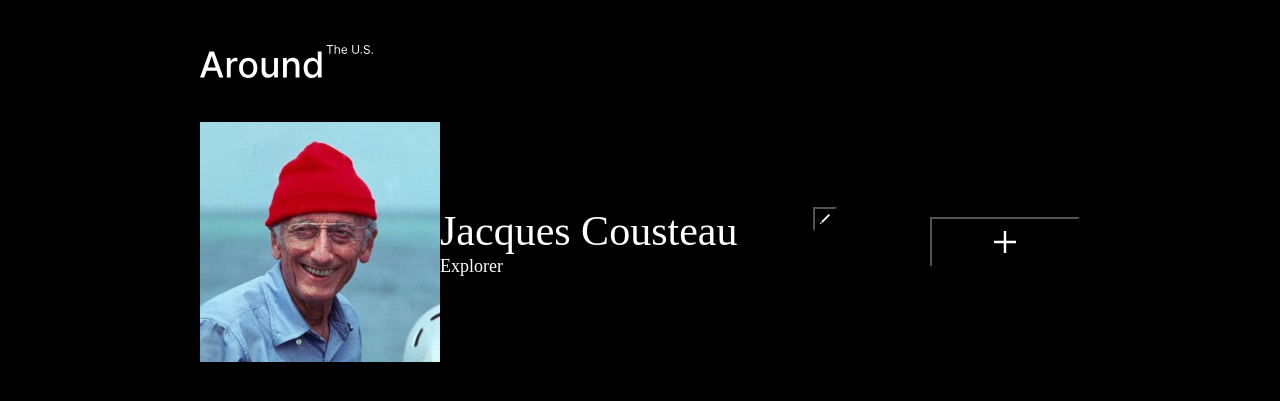
Repository: al-XLeMEsTRE/Around-The-U.S
Page: index.html
These files come from the project's save history. The page is drawn as it stood at one moment and after the next save; the edit follows.
The browser window is 1280 px wide. The pictures show the whole page.

Above is the page before, as saved 2023-12-12 15:45:04.

After the next save:
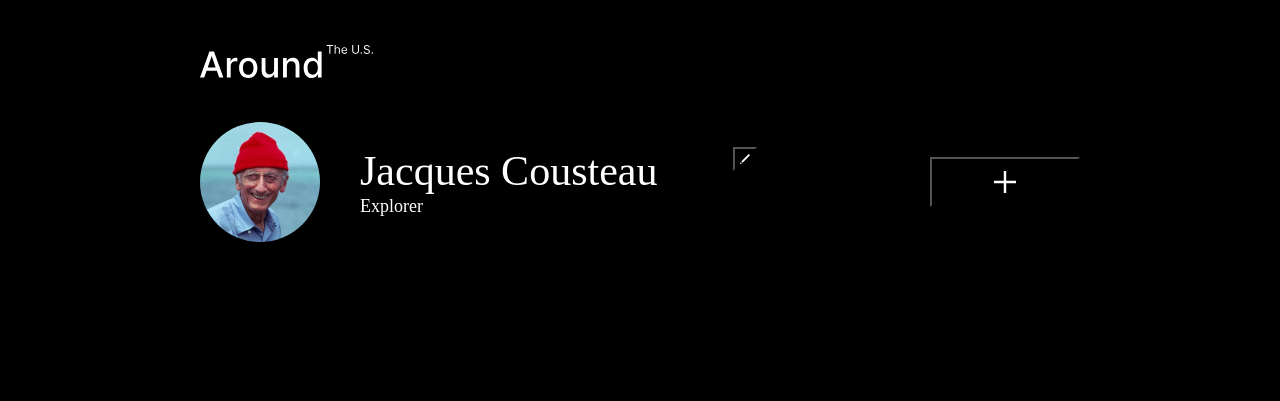
Saved 9 s later.
--- a/blocks/page.css
+++ b/blocks/page.css
@@ -16,7 +16,7 @@
   align-items: center;
   padding-top: 40px;
 }
-profile__avatar {
+.profile__avatar {
   width: 120px;
   height: 120px;
   border-radius: 50%;
